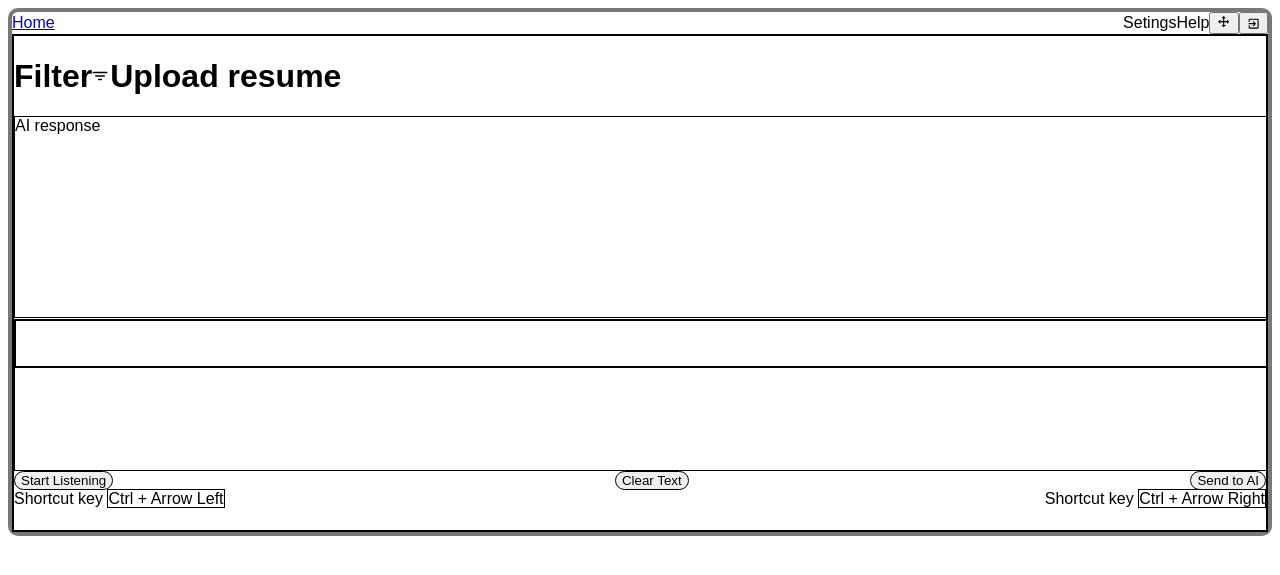
Repository: stevenreas09-coder/ai-assistance
Page: /speech
The author's editor kept a copy of each file at every save. The page is drawn from the files as they stood at one save, then again after the next save.
The browser window is 1280 px wide. The pictures show the whole page.
The project was rebuilt for these pictures with package versions that can differ from the ones it lists, and the page was loaded fresh each time. The framework's server and built-in components were replaced by stand-ins that run in the browser. Also part of the build but not shown: next.config.ts.

Above is the page before, as saved 2025-12-17 02:40:38.

### app/layout.tsx
import type { Metadata } from "next";
import { Geist, Geist_Mono } from "next/font/google";
import "./globals.css";
import HeaderOverlay from "./component/HeaderOverlay";

const geistSans = Geist({
  variable: "--font-geist-sans",
  subsets: ["latin"],
});

const geistMono = Geist_Mono({
  variable: "--font-geist-mono",
  subsets: ["latin"],
});

export const metadata: Metadata = {
  title: "Create Next App",
  description: "Generated by create next app",
};

export default function RootLayout({
  children,
}: Readonly<{
  children: React.ReactNode;
}>) {
  return (
    <html lang="en">
      <body
        className={`${geistSans.variable} ${geistMono.variable} antialiased h-[520px]`}
      >
        <div className="bg-white/50 rounded p-2 relative flex flex-col h-full">
          {/* Sticky header */}
          <div className="sticky top-0 z-50">
            <HeaderOverlay />
          </div>

          {/* Scrollable content below header */}
          <div className="flex-1 overflow-auto bg-white/20 h-full w-full border-black/50 border-2 box-border ">
            {children}
          </div>
        </div>
      </body>
    </html>
  );
}

### app/speech/page.tsx
"use client";

import { useState, useRef, useEffect } from "react";
import { IoFilter } from "react-icons/io5";

const AUDIO_CONFIG = {
  SAMPLE_RATE: 16000,
  CHANNELS: 1,
};

export default function Example() {
  const [transcript, setTranscript] = useState("");
  const [transcriptFinal, setFinalTranscript] = useState("");
  const [listening, setListening] = useState(false);
  const [connecting, setConnecting] = useState(false);

  const wsRef = useRef<WebSocket | null>(null);
  const audioContextRef = useRef<AudioContext | null>(null);
  const mediaStreamRef = useRef<MediaStream | null>(null);
  const workletNodeRef = useRef<AudioWorkletNode | null>(null);

  const startStreaming = async (ws: WebSocket) => {
    try {
      // 🎧 Capture TAB audio ONLY
      const stream = await navigator.mediaDevices.getDisplayMedia({
        video: false,
        audio: true, // main.js handler provides loopback
      });

      mediaStreamRef.current = stream;

      const audioContext = new AudioContext({
        sampleRate: AUDIO_CONFIG.SAMPLE_RATE,
      });
      audioContextRef.current = audioContext;

      await audioContext.audioWorklet.addModule(
        "/audio-worklet/pcm-processor.js"
      );

      const source = audioContext.createMediaStreamSource(stream);
      const workletNode = new AudioWorkletNode(audioContext, "pcm-processor");
      workletNodeRef.current = workletNode;

      workletNode.port.onmessage = (e) => {
        if (ws.readyState === WebSocket.OPEN) {
          ws.send(e.data);
        }
      };

      source.connect(workletNode);

      // ❌ DO NOT connect to destination (no playback)
      // workletNode.connect(audioContext.destination);
    } catch (err) {
      console.error("Tab audio capture failed:", err);
      ws.close();
    }
  };

  const stopStreaming = () => {
    workletNodeRef.current?.disconnect();
    workletNodeRef.current = null;

    audioContextRef.current?.close();
    audioContextRef.current = null;

    mediaStreamRef.current?.getTracks().forEach((t) => t.stop());
    mediaStreamRef.current = null;
  };

  const toggleListening = () => {
    if (wsRef.current?.readyState === WebSocket.OPEN) {
      setListening(false);
      wsRef.current.close();
      stopStreaming();
      return;
    }

    setConnecting(true);
    const ws = new WebSocket("ws://127.0.0.1:8765");
    ws.binaryType = "arraybuffer";
    wsRef.current = ws;

    ws.onopen = () => {
      ws.send(
        JSON.stringify({ config: { sample_rate: AUDIO_CONFIG.SAMPLE_RATE } })
      );
      setTranscript("");
      setFinalTranscript("");
      setListening(true);
      setConnecting(false);
      startStreaming(ws);
    };

    ws.onmessage = (event: MessageEvent) => {
      try {
        const data = JSON.parse(event.data);
        if (data.partial !== undefined) {
          // partial = single live line
          setTranscript(data.partial);
        }
        if (data.text) {
          // final = append to history
          setFinalTranscript((prev) =>
            prev ? prev + "\n" + data.text : data.text
          );

          // IMPORTANT: clear partial when final arrives
          setTranscript("");
        }
      } catch {}
    };

    ws.onerror = () => {
      setListening(false);
      setConnecting(false);
      ws.close();
    };

    ws.onclose = () => {
      stopStreaming();
      wsRef.current = null;
      setListening(false);
      setConnecting(false);
      setTranscript("");
    };
  };

  useEffect(() => {
    return () => {
      wsRef.current?.close();
      stopStreaming();
    };
  }, []);

  const clearMessage = () => {
    setFinalTranscript("");
    setTranscript("");
    console.log(`final text clear ${transcriptFinal}`);
  };

  // ⛔ UI BELOW IS 100% UNCHANGED
  return (
    <div className="flex flex-col px-4 py-1 bg-white/50 text-xs text-black ">
      {/* Top controls */}
      <div className="flex items-center gap-2">
        <h1>Filter</h1>
        <IoFilter />
        <div className="w-1 h-4 border-r-2 border-black"></div>
        <h1>Upload resume</h1>
      </div>

      {/* Main content */}
      <div className="flex flex-col gap-2 min-h-0">
        {/* AI response box */}
        <div className="w-full h-[200px] border border-black/30 font-semibold bg-white/20 p-2">
          AI response
        </div>

        <div className="w-full h-px bg-black/50"></div>

        {/* Transcript box (scrollable) */}
        <div className="w-full border border-black/30 font-semibold bg-white/20 h-[150px]">
          <div className="h-[30%]  w-full divide-x-2 p-2 bg-white/50 border overflow-hidden">
            {transcript}
          </div>
          <div className="h-[70%] w-full p-1 overflow-y-auto bg-white/20 border-black/30 border-t ">
            {transcriptFinal}
          </div>
        </div>
      </div>

      {/* Buttons */}
      <div className="flex justify-between text-xs p-1 text-white font-semibold">
        <button
          onClick={toggleListening}
          className={`rounded-full border py-2 px-6 ${
            listening ? "bg-red-500" : "bg-amber-500/70"
          } ${connecting ? "opacity-60 cursor-not-allowed" : ""}`}
          disabled={connecting}
        >
          {connecting
            ? "Connecting..."
            : listening
            ? "Stop Listening"
            : "Start Listening"}
        </button>

        <button
          onClick={clearMessage}
          className="rounded-full border bg-yellow-700/70 py-2 px-6"
        >
          Clear Text
        </button>

        <button className="rounded-full border bg-violet-700/70 py-2 px-6">
          Send to AI
        </button>
      </div>

      {/* Shortcut keys */}
      <div className="flex justify-between text-white w-full mt-1">
        <span className="bg-black/50 rounded-2xl px-3 text-xs">
          Shortcut key{" "}
          <span className="bg-black/50 border px-2 rounded-2xl">
            Ctrl + Arrow Left
          </span>
        </span>
        <span className="bg-black/50 rounded-2xl px-3 text-xs">
          Shortcut key{" "}
          <span className="bg-black/50 border px-2 rounded-2xl">
            Ctrl + Arrow Right
          </span>
        </span>
      </div>
    </div>
  );
}

### app/globals.css
@tailwind base;
@tailwind components;
@tailwind utilities;

body {
  color: var(--foreground);
  font-family: Arial, Helvetica, sans-serif;
  background: transparent; /* <- change this */
  border: 4px solid rgba(120, 117, 117, 0.979); /* white semi-transparent border */
  border-radius: 10px; /* optional rounded corners */
  overflow: hidden;
}
/* ===== CUSTOM SCROLLBAR ===== */
::-webkit-scrollbar {
  width: 8px;
  height: 8px;
}

::-webkit-scrollbar-track {
  background: #1e1e1e; /* dark background */
}

::-webkit-scrollbar-thumb {
  background: #4b5563; /* gray-600 */
  border-radius: 8px;
}

::-webkit-scrollbar-thumb:hover {
  background: #6b7280; /* gray-500 */
}

/* Firefox support */
* {
  scrollbar-width: thin;
  scrollbar-color: #4b5563 #1e1e1e;
}

### app/component/HeaderOverlay.tsx
"use client";
import { useState } from "react";
import { IoMdExit } from "react-icons/io";
import { RiDragMove2Fill } from "react-icons/ri";
import { ImBlocked } from "react-icons/im";
import Link from "next/link";

export default function HeaderOverlay() {
  const [draggable, setDraggable] = useState(true);

  const handleClose = () => {
    window.electronAPI?.closeWindow();
  };

  const toggleDraggable = () => {
    setDraggable(!draggable);
  };

  return (
    <div
      className="w-full sticky h-6 flex items-center text-black font-normal justify-between p-2 pb-4 text-sm"
      style={{ WebkitAppRegion: draggable ? "drag" : "no-drag" } as any}
    >
      <Link href="/">
        <span style={{ WebkitAppRegion: "no-drag" } as any}>Home</span>
      </Link>
      <div
        className="flex space-x-4"
        style={{ WebkitAppRegion: "no-drag" } as any}
      >
        <div className="flex items-center">Setings</div>
        <div className="text-center flex items-center">Help</div>
        <button
          title="Drag Windows"
          className="text-white hover:text-amber-500 rounded"
          onClick={toggleDraggable}
        >
          {draggable ? (
            <RiDragMove2Fill className="w-4 h-4 text-black" />
          ) : (
            <ImBlocked className="w-4 h-4" />
          )}
        </button>
        <button
          title="Exit"
          onClick={handleClose}
          className="flex items-center hover:text-amber-500 justify-center"
        >
          <IoMdExit className="w-5 h-5 hover:text-red-500" />
        </button>
      </div>
    </div>
  );
}

After the next save:
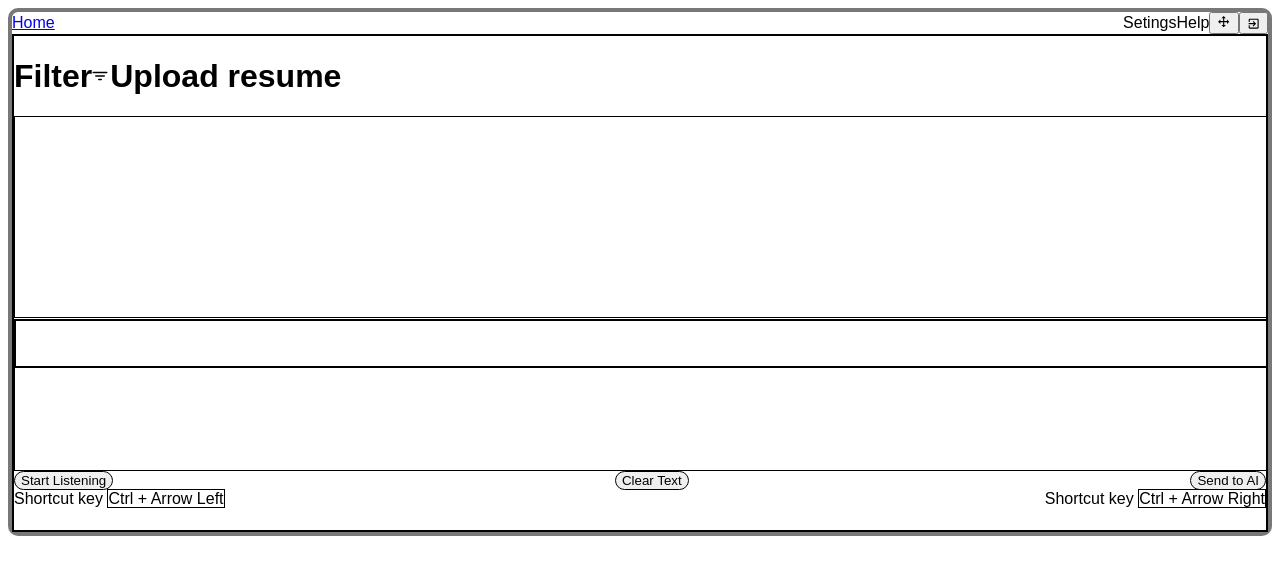
Saved 11 min 49 s later.
--- a/app/speech/page.tsx
+++ b/app/speech/page.tsx
@@ -19,6 +19,35 @@ export default function Example() {
   const mediaStreamRef = useRef<MediaStream | null>(null);
   const workletNodeRef = useRef<AudioWorkletNode | null>(null);
 
+  const [output, setOutput] = useState("");
+  const [loading, setLoading] = useState(false);
+  //------------------------------------------------------------------------------------------
+  async function handleSend() {
+    if (!transcriptFinal.trim()) return;
+
+    setOutput("");
+    setLoading(true);
+
+    const res = await fetch("/api/chat", {
+      method: "POST",
+      headers: { "Content-Type": "application/json" },
+      body: JSON.stringify({ message: transcriptFinal }),
+    });
+
+    const reader = res.body!.getReader();
+    const decoder = new TextDecoder();
+
+    while (true) {
+      const { value, done } = await reader.read();
+      if (done) break;
+
+      const chunk = decoder.decode(value);
+      setOutput((prev) => prev + chunk);
+    }
+
+    setLoading(false);
+  }
+  // ----------------------------------------------------------------------------------
   const startStreaming = async (ws: WebSocket) => {
     try {
       // 🎧 Capture TAB audio ONLY
@@ -57,7 +86,7 @@ export default function Example() {
       ws.close();
     }
   };
-
+  //-----------------------------------------------------------------------------------
   const stopStreaming = () => {
     workletNodeRef.current?.disconnect();
     workletNodeRef.current = null;
@@ -68,7 +97,7 @@ export default function Example() {
     mediaStreamRef.current?.getTracks().forEach((t) => t.stop());
     mediaStreamRef.current = null;
   };
-
+  //----------------------------------------------------------------------------------
   const toggleListening = () => {
     if (wsRef.current?.readyState === WebSocket.OPEN) {
       setListening(false);
@@ -126,14 +155,14 @@ export default function Example() {
       setTranscript("");
     };
   };
-
+  //----------------------------------------------------------------------------------------
   useEffect(() => {
     return () => {
       wsRef.current?.close();
       stopStreaming();
     };
   }, []);
-
+  //-------------------------------------------------------------------------------------
   const clearMessage = () => {
     setFinalTranscript("");
     setTranscript("");
@@ -154,8 +183,8 @@ export default function Example() {
       {/* Main content */}
       <div className="flex flex-col gap-2 min-h-0">
         {/* AI response box */}
-        <div className="w-full h-[200px] border border-black/30 font-semibold bg-white/20 p-2">
-          AI response
+        <div className="w-full h-[200px] border border-black/30 overflow-y-auto whitespace-pre-wrap font-semibold bg-white/20 p-2">
+          {output}
         </div>
 
         <div className="w-full h-px bg-black/50"></div>
@@ -194,8 +223,12 @@ export default function Example() {
           Clear Text
         </button>
 
-        <button className="rounded-full border bg-violet-700/70 py-2 px-6">
-          Send to AI
+        <button
+          className="rounded-full border bg-violet-700/70 py-2 px-6"
+          onClick={handleSend}
+          disabled={loading}
+        >
+          {loading ? "Thinking..." : "Send to AI"}
         </button>
       </div>
 
